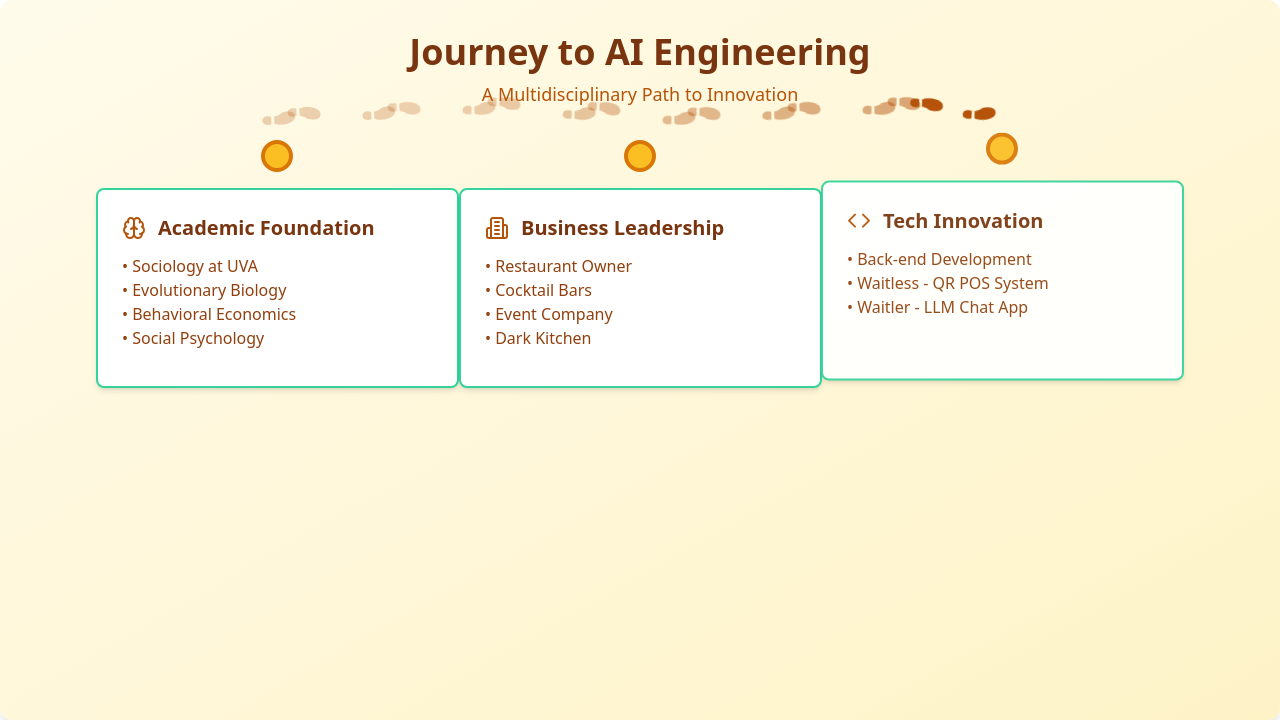
Repository: Galbaz1/dell_presentation
Page: /
The author's editor kept a copy of each file at every save. The page is drawn from the files as they stood at one save, then again after the next save.
The browser window is 1280 px wide. The pictures show the whole page.
The project was rebuilt for these pictures with package versions that can differ from the ones it lists, and the page was loaded fresh each time. The framework's server and built-in components were replaced by stand-ins that run in the browser.

Above is the page before, as saved 2024-11-11 13:44:50.

### pages/_app.tsx
import '../styles/globals.css'
import '../styles/speaker_intro.css'
import type { AppProps } from 'next/app'

function MyApp({ Component, pageProps }: AppProps) {
  return <Component {...pageProps} />
}

export default MyApp

### pages/index.tsx
import React from 'react';
import { Brain, Building2, Code, Users, ArrowRight, RefreshCcw } from 'lucide-react';
import FootstepsAnimation from '../components/FootstepsAnimation';

const SpeakerSlide: React.FC = () => {
  return (
    <div className="bg-gradient-to-br from-amber-50 to-amber-100 p-8 rounded-xl shadow-lg min-h-screen overflow-hidden">
      {/* Header */}
      <div className="mb-12 text-center">
        <h1 className="text-4xl font-bold text-amber-900 mb-2">Journey to AI Engineering</h1>
        <p className="text-lg text-amber-700">A Multidisciplinary Path to Innovation</p>
      </div>

      {/* Journey Map */}
      <div className="relative mb-16 mx-auto max-w-[1400px]">
        <FootstepsAnimation />
        {/* Journey Stations */}
        <div className="relative flex justify-between items-center px-16">
          {/* Academic Foundation */}
          <div className="w-96 relative fall-animation">
            <div className="absolute -top-4 left-1/2 transform -translate-x-1/2">
              <div className="w-8 h-8 rounded-full bg-amber-400 border-4 border-amber-600" />
            </div>
            <div className="bg-white p-6 rounded-lg shadow-md mt-8 h-[200px] flex flex-col border-2 border-emerald-400">
              <h2 className="text-xl font-semibold text-amber-900 mb-3 flex items-center">
                <Brain className="mr-3 text-amber-700 w-6 h-6" /> Academic Foundation
              </h2>
              <ul className="text-base text-amber-800 flex-1">
                <li>• Sociology at UVA</li>
                <li>• Evolutionary Biology</li>
                <li>• Behavioral Economics</li>
                <li>• Social Psychology</li>
              </ul>
            </div>
          </div>

          {/* Business Experience */}
          <div className="w-96 relative fall-animation fall-animation-delay-1">
            <div className="absolute -top-4 left-1/2 transform -translate-x-1/2">
              <div className="w-8 h-8 rounded-full bg-amber-400 border-4 border-amber-600" />
            </div>
            <div className="bg-white p-6 rounded-lg shadow-md mt-8 h-[200px] flex flex-col border-2 border-emerald-400">
              <h2 className="text-xl font-semibold text-amber-900 mb-3 flex items-center">
                <Building2 className="mr-3 text-amber-700 w-6 h-6" /> Business Leadership
              </h2>
              <ul className="text-base text-amber-800 flex-1">
                <li>• Restaurant Owner</li>
                <li>• Cocktail Bars</li>
                <li>• Event Company</li>
                <li>• Dark Kitchen</li>
              </ul>
            </div>
          </div>

          {/* Tech Innovation */}
          <div className="w-96 relative fall-animation fall-animation-delay-2">
            <div className="absolute -top-4 left-1/2 transform -translate-x-1/2">
              <div className="w-8 h-8 rounded-full bg-amber-400 border-4 border-amber-600" />
            </div>
            <div className="bg-white p-6 rounded-lg shadow-md mt-8 h-[200px] flex flex-col border-2 border-emerald-400">
              <h2 className="text-xl font-semibold text-amber-900 mb-3 flex items-center">
                <Code className="mr-3 text-amber-700 w-6 h-6" /> Tech Innovation
              </h2>
              <ul className="text-base text-amber-800 flex-1">
                <li>• Back-end Development</li>
                <li>• Waitless - QR POS System</li>
                <li>• Waitler - LLM Chat App</li>
              </ul>
            </div>
          </div>
        </div>
      </div>

      {/* Current Roles Synergy Circle */}
      <div className="relative max-w-[1200px] mx-auto mt-24">
        {/* Synergy Arrows */}
        <div className="absolute left-0 right-0 mx-auto w-28 top-[80px] synergy-animation z-10">
          <div className="relative w-full h-full">
            <RefreshCcw className="w-full h-full text-amber-600 animate-spin-slow" />
            <div className="absolute top-1/2 left-1/2 transform -translate-x-1/2 -translate-y-1/2 text-sm text-amber-800 font-semibold bg-white px-3 py-1 rounded">
              Synergy
            </div>
          </div>
        </div>

        <div className="flex justify-between items-center synergy-animation px-16">
          {/* AI Engineering Role */}
          <div className="w-[480px] bg-white p-8 rounded-lg shadow-md border-2 border-amber-400 h-[160px] flex flex-col">
            <h2 className="text-2xl font-semibold text-amber-900 mb-3 flex items-center">
              <Brain className="mr-3 text-amber-700 w-6 h-6" /> AI Engineering
            </h2>
            <p className="text-base text-amber-800">
              Freelance AI solutions architect combining technical expertise with business acumen
            </p>
          </div>

          {/* AI Builders Role */}
          <div className="w-[480px] bg-white p-8 rounded-lg shadow-md border-2 border-amber-400 h-[160px] flex flex-col">
            <h2 className="text-2xl font-semibold text-amber-900 mb-3 flex items-center">
              <Users className="mr-3 text-amber-700 w-6 h-6" /> AI Builders Club
            </h2>
            <p className="text-base text-amber-800">
              Community lead fostering AI innovation in Amsterdam, Rotterdam, and Berlin
            </p>
          </div>
        </div>
      </div>
    </div>
  );
};

export default SpeakerSlide;

### styles/speaker_intro.css
@keyframes spin-slow {
  from {
    transform: rotate(0deg);
  }
  to {
    transform: rotate(360deg);
  }
}

.animate-spin-slow {
  animation: spin-slow 20s linear infinite;
}

@keyframes fallIn {
  0% {
    transform: translateY(-100vh) rotate(0deg);
    opacity: 0;
  }
  60% {
    transform: translateY(20px) rotate(720deg);
  }
  80% {
    transform: translateY(-10px) rotate(720deg);
  }
  100% {
    transform: translateY(0) rotate(720deg);
    opacity: 1;
  }
}

@keyframes footsteps {
  0% {
    clip-path: inset(0 100% 0 0);
  }
  100% {
    clip-path: inset(0 0 0 0);
  }
}

@keyframes dotted-line {
  0% {
    stroke-dashoffset: 1000;
  }
  100% {
    stroke-dashoffset: 0;
  }
}

@keyframes synergy-appear {
  0% {
    transform: scale(0) rotate(0deg);
    opacity: 0;
  }
  100% {
    transform: scale(1) rotate(360deg);
    opacity: 1;
  }
}

.fall-animation {
  opacity: 0;
  animation: fallIn 2s cubic-bezier(0.25, 0.46, 0.45, 0.94) forwards;
}

.fall-animation-delay-1 {
  animation-delay: 2s;
}

.fall-animation-delay-2 {
  animation-delay: 4s;
}

.footsteps-path {
  stroke-dasharray: 10;
  stroke-dashoffset: 1000;
  animation: dotted-line 1.5s ease-in-out forwards;
}

.footsteps-animation-1 {
  animation-delay: 1.5s;
}

.footsteps-animation-2 {
  animation-delay: 3.5s;
}

.synergy-animation {
  opacity: 0;
  animation: synergy-appear 2s cubic-bezier(0.34, 1.56, 0.64, 1) forwards;
  animation-delay: 6s;
}

/* Footsteps styling */
.footstep {
  position: absolute;
  width: 24px;
  height: 36px;
  opacity: 1;
  transform-origin: center;
  z-index: 51;
}

.footstep.active {
  opacity: 1;
}

.footstep.trail {
  fill: #666;
  opacity: 0.5;
}

.ghost-trail .footstep {
  fill: #666;
  opacity: 0.5;
}

/* First block path animation */
@keyframes first-block-path {
  0% { transform: translate(0, 0) rotate(0deg); opacity: 0; }
  5% { transform: translate(0, 0) rotate(0deg); opacity: 1; }
  20% { transform: translate(-100px, 0) rotate(-90deg); }
  35% { transform: translate(-100px, 100px) rotate(-90deg); }
  50% { transform: translate(0, 100px) rotate(0deg); }
  65% { transform: translate(0, 0) rotate(90deg); }
  80% { transform: translate(100px, 0) rotate(90deg); }
  95% { transform: translate(100px, 0) rotate(90deg); opacity: 1; }
  100% { transform: translate(100px, 0) rotate(90deg); opacity: 0; }
}

.first-block-path .left-step {
  animation: first-block-path 4s ease-in-out forwards;
}

.first-block-path .right-step {
  animation: first-block-path 4s ease-in-out 0.5s forwards;
}

/* Second block path animation */
@keyframes second-block-path {
  /* Similar to first-block-path but adjusted for second block position */
}

.second-block-path .left-step {
  animation: second-block-path 4s ease-in-out 4s forwards;
}

.second-block-path .right-step {
  animation: second-block-path 4s ease-in-out 4.5s forwards;
}

/* Third block path animation */
@keyframes third-block-path {
  /* Similar to previous paths but adjusted for third block position */
}

.third-block-path .left-step {
  animation: third-block-path 4s ease-in-out 8s forwards;
}

.third-block-path .right-step {
  animation: third-block-path 4s ease-in-out 8.5s forwards;
}

/* Trail effect */
.footstep-trail {
  position: absolute;
  opacity: 0.3;
  transition: opacity 0.5s ease-out;
}

.footstep-trail.fade {
  opacity: 0;
}

.ghost-trail {
  position: absolute;
  fill: #666;
  opacity: 0.5;
  transition: opacity 1s ease-out;
  z-index: 50;
}

.ghost-trail-container {
  position: fixed;
  top: 0;
  left: 0;
  width: 100%;
  height: 100%;
  pointer-events: none;
  z-index: 50;
  overflow: hidden;
}

.ghost-trail svg {
  fill: #d97706 !important; /* amber-600 for ghost trails */
  opacity: 0.5;
}

### components/FootstepsAnimation.tsx
import React, { useEffect, useRef } from 'react';
import gsap from 'gsap';

interface FootProps {
  ref: React.RefObject<SVGSVGElement>;
}

const RightFootprint = React.forwardRef<SVGSVGElement>((_, ref) => (
  <svg
    ref={ref}
    width="24"
    height="36"
    viewBox="0 0 16 32"
    fill="currentColor"
    xmlns="http://www.w3.org/2000/svg"
    className="footstep right-step"
    style={{ transform: 'rotate(90deg)', fill: '#b45309' }}
  >
    <path d="M5.058 20.918l6.21-1.664c-0.204-2.22 0-4.745 1.205-7.11 0.18-6.195-1.867-11.962-6.835-10.631-5.468 1.465-4.865 13.899-0.58 19.404v0zM5.468 23.537c0.343 11.974 12.512 6.497 6.318-1.693l-6.318 1.693z" />
  </svg>
));

const LeftFootprint = React.forwardRef<SVGSVGElement>((_, ref) => (
  <svg
    ref={ref}
    width="24"
    height="36"
    viewBox="20 0 16 32"
    fill="currentColor"
    xmlns="http://www.w3.org/2000/svg"
    className="footstep left-step"
    style={{ transform: 'rotate(90deg)', fill: '#b45309' }}
  >
    <path d="M27.227 20.917l-6.21-1.664c0.204-2.22-0-4.745-1.205-7.11-0.18-6.195 1.867-11.962 6.835-10.631 5.468 1.466 4.865 13.9 0.58 19.404v0zM26.818 23.536c-0.343 11.973-12.512 6.497-6.318-1.693l6.318 1.693z" />
  </svg>
));

const FootstepsAnimation: React.FC = () => {
  const leftFootRef = useRef<SVGSVGElement>(null);
  const rightFootRef = useRef<SVGSVGElement>(null);
  const ghostTrailRef = useRef<HTMLDivElement>(null);

  useEffect(() => {
    if (!leftFootRef.current || !rightFootRef.current || !ghostTrailRef.current) return;

    // River-like flowing path with gentle curves
    const flowingPath = [
      // Start at first orange circle (Academic Foundation)
      { x: 280, y: 100 },    // Starting at first circle
      { x: 380, y: 95 },     // Gentle curve up
      { x: 480, y: 90 },     // Peak
      { x: 580, y: 95 },     // Coming down
      { x: 680, y: 100 },    // Second circle position

      // To third circle (Tech Innovation)
      { x: 780, y: 95 },     // Start final rise
      { x: 880, y: 90 },     // Peak
      { x: 980, y: 95 },     // Coming down
      { x: 1080, y: 100 },   // Third circle position
      { x: 1180, y: 95 },    // Extra point past third circle
      { x: 1280, y: 90 },    // Final position
    ];

    const createGhostTrail = (
      element: SVGSVGElement,
      x: number,
      y: number,
      rotation: number = 0
    ): void => {
      if (!ghostTrailRef.current) return;

      const ghost = element.cloneNode(true) as SVGSVGElement;
      ghost.style.position = 'absolute';
      ghost.style.left = `${x}px`;
      ghost.style.top = `${y}px`;
      ghost.style.transform = `rotate(${rotation + 90}deg)`;
      ghost.style.color = '#d97706';
      ghost.classList.add('ghost-trail');

      ghostTrailRef.current.appendChild(ghost);

      gsap.to(ghost, {
        opacity: 0.25,
        duration: 3,
        ease: "none",
      });
    };

    const animateFootstep = (
      foot: SVGSVGElement,
      path: Array<{x: number, y: number}>,
      delay: number,
      isLeft: boolean
    ): void => {
      path.forEach((point, index) => {
        const prevPoint = index > 0 ? path[index - 1] : point;
        const nextPoint = index < path.length - 1 ? path[index + 1] : point;

        const rotation = Math.atan2(
          nextPoint.y - prevPoint.y,
          nextPoint.x - prevPoint.x
        ) * 180 / Math.PI;

        // Swapped vertical offsets and reduced distance by 50%
        const verticalOffset = isLeft ? 5 : -5; // Changed from -10/+10 to +5/-5

        gsap.to(foot, {
          x: point.x + (isLeft ? -12 : 12),
          y: point.y + verticalOffset,
          rotation: rotation + 90 + (isLeft ? -15 : 15),
          duration: 0.6,
          delay: delay + (index * 0.7),
          ease: "power2.inOut",
          onComplete: () => createGhostTrail(
            foot,
            point.x + (isLeft ? -12 : 12),
            point.y + verticalOffset,
            rotation + (isLeft ? -15 : 15)
          ),
        });
      });
    };

    // Start animations with proper timing
    const timeline = gsap.timeline();

    // Animate both feet with slight offset for natural walking
    animateFootstep(leftFootRef.current, flowingPath, 0, true);
    animateFootstep(rightFootRef.current, flowingPath, 0.35, false); // Increased offset

    return () => {
      timeline.kill();
    };
  }, []);

  return (
    <div className="fixed inset-0 pointer-events-none" style={{ zIndex: 50 }}>
      <div
        ref={ghostTrailRef}
        className="ghost-trail-container"
        style={{ zIndex: 50 }}
      />
      <LeftFootprint ref={leftFootRef} />
      <RightFootprint ref={rightFootRef} />
    </div>
  );
};

RightFootprint.displayName = 'RightFootprint';
LeftFootprint.displayName = 'LeftFootprint';

export default FootstepsAnimation;

### tailwind.config.js
/** @type {import('tailwindcss').Config} */
module.exports = {
  content: [
    "./pages/**/*.{js,ts,jsx,tsx}",
    "./components/**/*.{js,ts,jsx,tsx}",
    "./styles/**/*.css",
  ],
  theme: {
    extend: {},
  },
  plugins: [],
}

Loaded but not shown: styles/globals.css (common file)

After the next save:
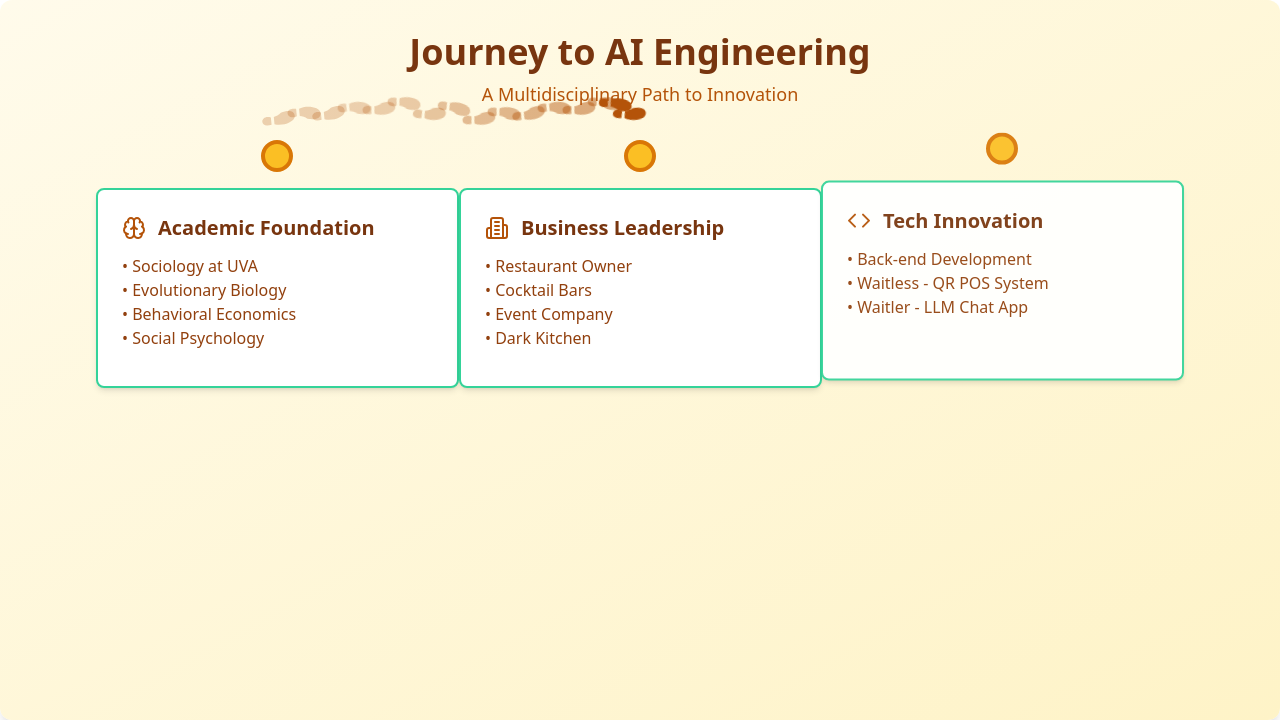
Saved 50 s later.
--- a/components/FootstepsAnimation.tsx
+++ b/components/FootstepsAnimation.tsx
@@ -47,18 +47,26 @@ const FootstepsAnimation: React.FC = () => {
     const flowingPath = [
       // Start at first orange circle (Academic Foundation)
       { x: 280, y: 100 },    // Starting at first circle
-      { x: 380, y: 95 },     // Gentle curve up
-      { x: 480, y: 90 },     // Peak
-      { x: 580, y: 95 },     // Coming down
+      { x: 330, y: 95 },     // Gentle curve up
+      { x: 380, y: 90 },     // Peak
+      { x: 430, y: 95 },     // Coming down
+      { x: 480, y: 100 },    // Level
+      { x: 530, y: 95 },     // Rise
+      { x: 580, y: 90 },     // Peak
+      { x: 630, y: 95 },     // Descend
       { x: 680, y: 100 },    // Second circle position
-
-      // To third circle (Tech Innovation)
-      { x: 780, y: 95 },     // Start final rise
-      { x: 880, y: 90 },     // Peak
-      { x: 980, y: 95 },     // Coming down
+      { x: 730, y: 95 },     // Begin rise
+      { x: 780, y: 90 },     // Peak
+      { x: 830, y: 95 },     // Start descent
+      { x: 880, y: 100 },    // Level
+      { x: 930, y: 95 },     // Rise
+      { x: 980, y: 90 },     // Peak
+      { x: 1030, y: 95 },    // Descend
       { x: 1080, y: 100 },   // Third circle position
-      { x: 1180, y: 95 },    // Extra point past third circle
-      { x: 1280, y: 90 },    // Final position
+      { x: 1130, y: 95 },    // Final rise
+      { x: 1180, y: 90 },    // Last peak
+      { x: 1230, y: 95 },    // Final descent
+      { x: 1280, y: 100 },   // End position
     ];
 
     const createGhostTrail = (
